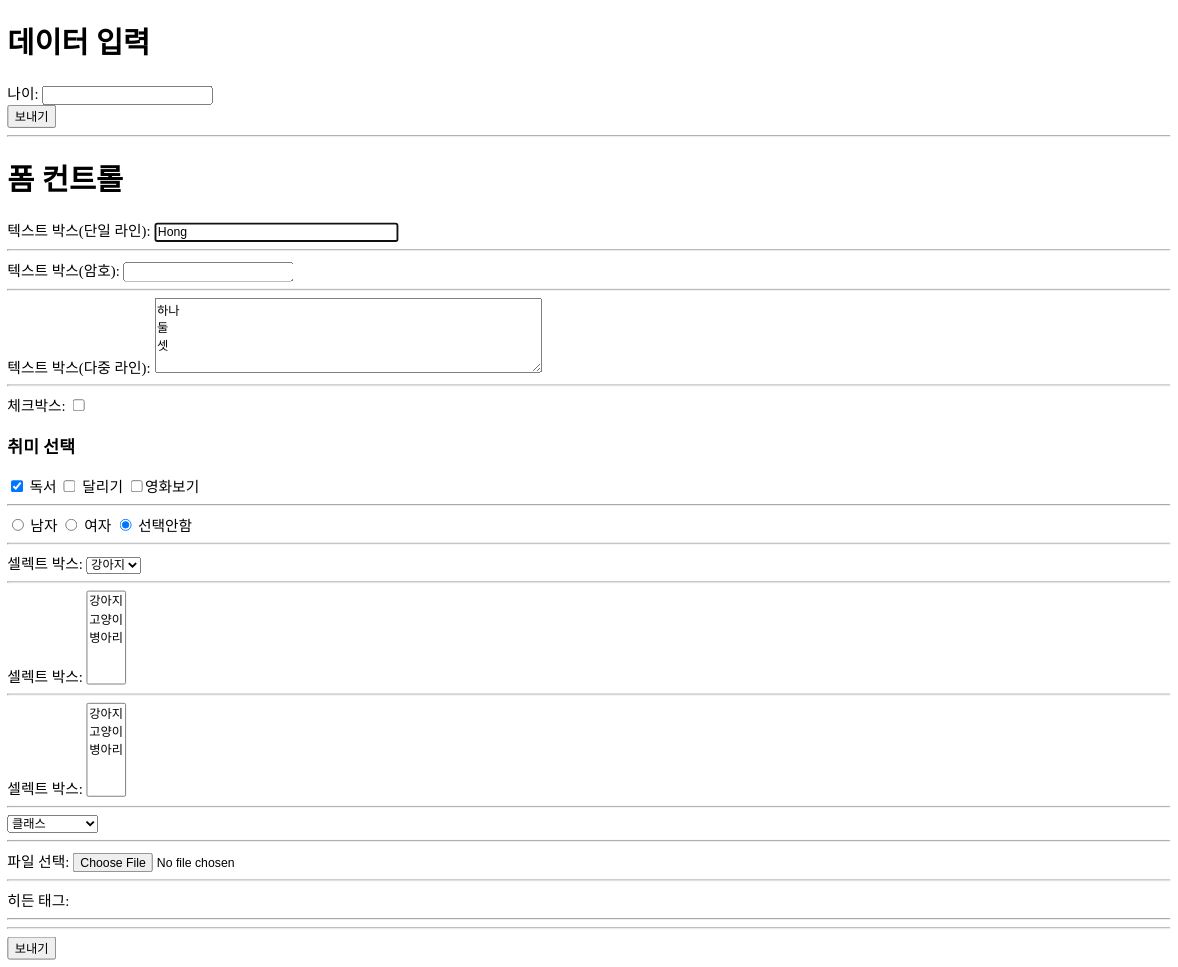
Repository: sujin9335/Front-end
Page: ClientTest/src/main/webapp/html/ex18_form.html
These files come from the project's save history. The page is drawn as it stood at one moment and after the next save; the edit follows.
The browser window is 1280 px wide. The pictures show the whole page, at 92% of full size.

Above is the page before, as saved 2023-09-21 07:27:10.

After the next save:
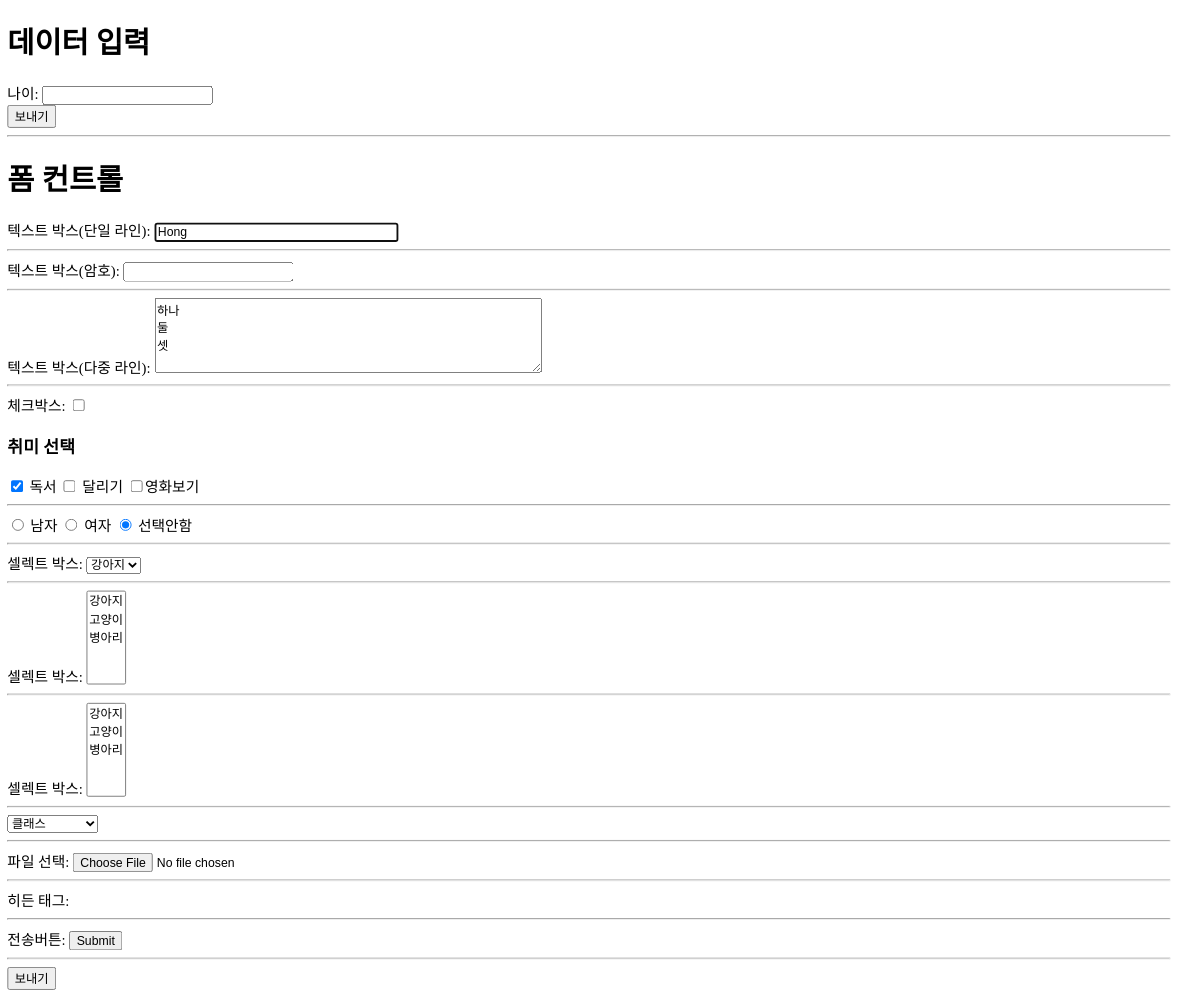
Saved 72 s later.
--- a/ClientTest/src/main/webapp/html/ex18_form.html
+++ b/ClientTest/src/main/webapp/html/ex18_form.html
@@ -217,6 +217,12 @@
 		<hr>
 
 
+		<!--
+			버튼들
+
+		-->
+		전송버튼: <input type="submit">
+
 
 		<hr>
 		<input type="submit" value="보내기">
